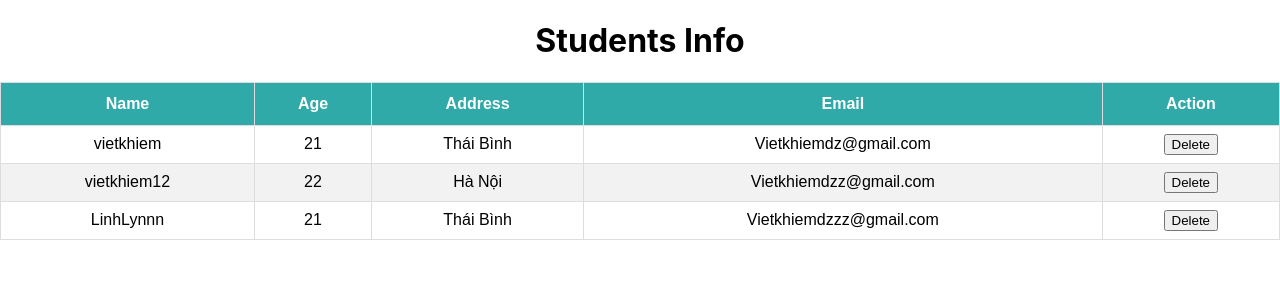
Repository: vietkhiem/TypeScript
Page: /
The author's editor kept a copy of each file at every save. The page is drawn from the files as they stood at one save, then again after the next save.
The browser window is 1280 px wide. The pictures show the whole page.
The project was rebuilt for these pictures with package versions that can differ from the ones it lists, and the page was loaded fresh each time.

Above is the page before, as saved 2022-03-16 17:54:34.

### src/App.tsx
import React from 'react';
import './App.css';
import Login from './pages/login';
import TableCustom from './pages/table';


function App() {
  const studentsData = [
    {
      name: 'vietkhiem',
      age: 21,
      address: 'Thái Bình',
      email: 'Vietkhiemdz@gmail.com',
      action: 'Delete'
    },
    {
      name: 'vietkhiem12',
      age: 22,
      address: 'Hà Nội',
      email: 'Vietkhiemdzz@gmail.com',
      action: 'Delete'
    },
    {
      name: 'LinhLynnn',
      age: 21,
      address: 'Thái Bình',
      email: 'Vietkhiemdzzz@gmail.com',
      action: 'Delete'
    }
  ]
  return (
    <div className="App">
      {/* thêm view login vào trong App.tsx */}
        <Login />
        {/* thêm components table vào app */}
        <TableCustom rows={studentsData} />

    </div>
  );
}

export default App;

### src/App.css
.App {
  text-align: center;
}

.App-link {
  color: #61dafb;
}

@keyframes App-logo-spin {
  from {
    transform: rotate(0deg);
  }
  to {
    transform: rotate(360deg);
  }
}
.customers {
  font-family: Arial, Helvetica, sans-serif;
  border-collapse: collapse;
  width: 100%;
}

.customers td, .customers th {
  border: 1px solid #ddd;
  padding: 8px;
}

.customers tr:nth-child(even){background-color: #f2f2f2;}

.customers tr:hover {background-color: #ddd;}

.customers th {
  padding-top: 12px;
  padding-bottom: 12px;
  text-align: center;
  background-color: rgb(48, 169, 169);
  color: white;
}

### src/pages/login/index.tsx
import React from 'react'

export default function Login() {
  return (
    <h1>Students Info</h1>
  )
}

### src/pages/table/index.tsx
import React from "react";

type row = {
  name: string,
  age: number,
  address: string,
  email: string,
  action: string
}
type TableProps = {
  rows: row[]
}
function Table({rows} : TableProps) {
    return (
      <table className="customers">
          <thead>
              <tr>
                <th>Name</th>
                <th>Age</th>
                <th>Address</th>
                <th>Email</th>
                <th>Action</th>
              </tr>
          </thead>
          <tbody>
              {
                rows.map((row, index) => (
                  <tr key={index}>
                    <td>{row.name}</td>
                    <td>{row.age}</td>
                    <td>{row.address}</td>
                    <td>{row.email}</td>
                    <td>
                      <button>{row.action}</button>
                    </td>
                  </tr>
                ))
              }
          </tbody>
      </table>
    );
}
export default Table;

Loaded but not shown: public/index.html (common file); src/index.tsx (common file); src/index.css (common file); src/reportWebVitals.ts (common file)

After the next save:
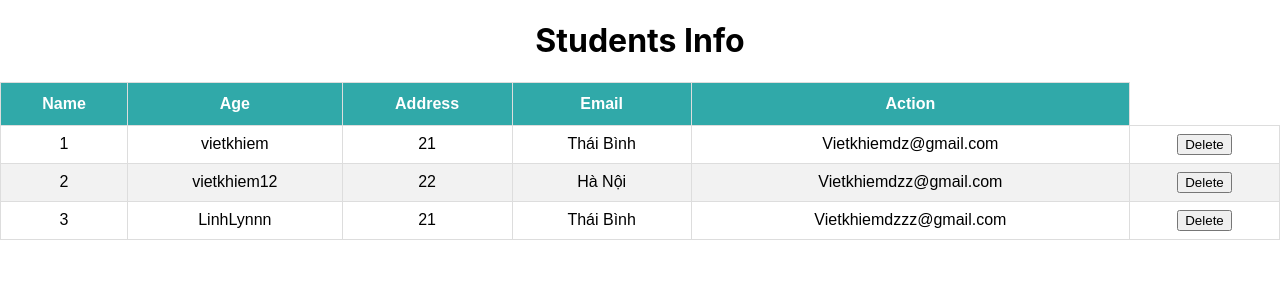
Saved 44 h 47 min later.
--- a/src/pages/table/index.tsx
+++ b/src/pages/table/index.tsx
@@ -26,6 +26,7 @@ function Table({rows} : TableProps) {
               {
                 rows.map((row, index) => (
                   <tr key={index}>
+                    <td>{index +1}</td>
                     <td>{row.name}</td>
                     <td>{row.age}</td>
                     <td>{row.address}</td>
